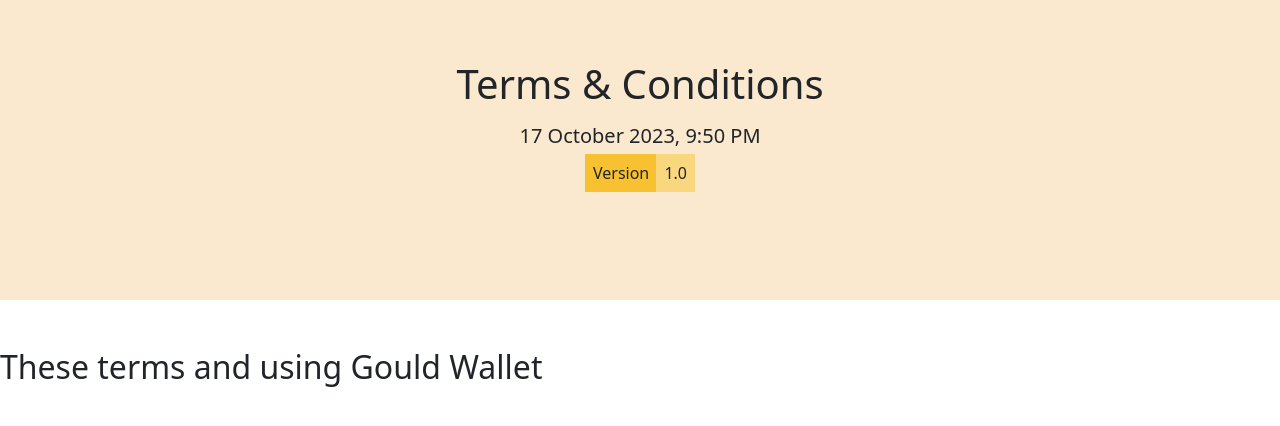
Repository: injectGroup/github.io
Page: terms.html
An editor plug-in stored every save of this project. The page is shown before and after the next save, followed by the edit.
The browser window is 1280 px wide. The pictures show the whole page.

Above is the page before, as saved 2023-11-30 07:35:09.

### terms.html
<!doctype html>
<html lang="en">

<head>
    <meta charset="utf-8">
    <meta name="viewport" content="width=device-width, initial-scale=1">
    <title>Bootstrap demo</title>
    <!-- GOULD CUSTOM CSS-->
    <link rel="stylesheet" href="/gouldwalletlegal/css/gouldcustom.css">
    <!--- BOOTSTRAP CDN -->
    <link href="https://cdn.jsdelivr.net/npm/bootstrap@5.3.2/dist/css/bootstrap.min.css" rel="stylesheet"
        integrity="sha384-T3c6CoIi6uLrA9TneNEoa7RxnatzjcDSCmG1MXxSR1GAsXEV/Dwwykc2MPK8M2HN" crossorigin="anonymous">
</head>

<body>
    <!-- Content here -->
    <div class="container-fluid text-center terms-content">
        <div class="row align-items-center">
            <div class="col align-self-center">
                <h1 class="text-center">
                    Terms & Conditions
                </h1>
            </div>
        </div>
        <div class="row align-items-center">
            <h5 class="version-date p-2">
                17 October 2023, 9:50 PM
            </h5>
            <div class="col align-self-center">
                <h6 class="text-center">
                    <span class="version p-2">Version</span>
                    <span class="version-number p-2">1.0</span>
                </h6>
            </div>

        </div>
    </div>
    <!-- BODY -->
    <div class="container- mt-5">
        <h2>These terms and using Gould Wallet</h2>
    </div>
    <!-- BOOTSTRAP JS-->
    <script src="https://cdn.jsdelivr.net/npm/bootstrap@5.3.2/dist/js/bootstrap.bundle.min.js"
        integrity="sha384-C6RzsynM9kWDrMNeT87bh95OGNyZPhcTNXj1NW7RuBCsyN/o0jlpcV8Qyq46cDfL"
        crossorigin="anonymous"></script>
</body>

</html>

### gouldwalletlegal/css/gouldcustom.css
/*
 *AUTHOR: Abdulkadir Mohammed @ Inject
 *DATE: Wed 29 November 2023
  *
 *This is a custom css for gould wallet.
 */
/*****************************
 *********** HEAD ***********
 *****************************/
.terms-content {
    background-color: #FAE9CE;
    height: 300px;
    width: 100%;
    padding-top: 60px;

}

.version {
    background-color: #F7C132;
    width: 100px;
    margin-right: -5px;
}

.version-number {
    background-color: #F9D77E;
}


/*****************************
  *********** BODY ***********
 *****************************/

/*****************************
 *********** FOOTER ***********
*****************************/

After the next save:
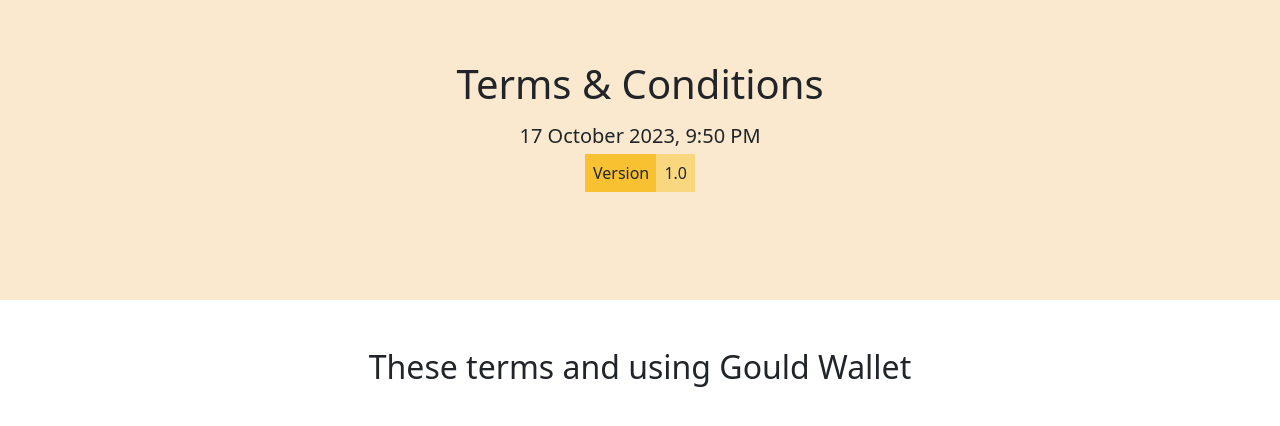
Saved 39 s later.
--- a/terms.html
+++ b/terms.html
@@ -36,7 +36,7 @@
         </div>
     </div>
     <!-- BODY -->
-    <div class="container- mt-5">
+    <div class="container- mt-5 text-center">
         <h2>These terms and using Gould Wallet</h2>
     </div>
     <!-- BOOTSTRAP JS-->
